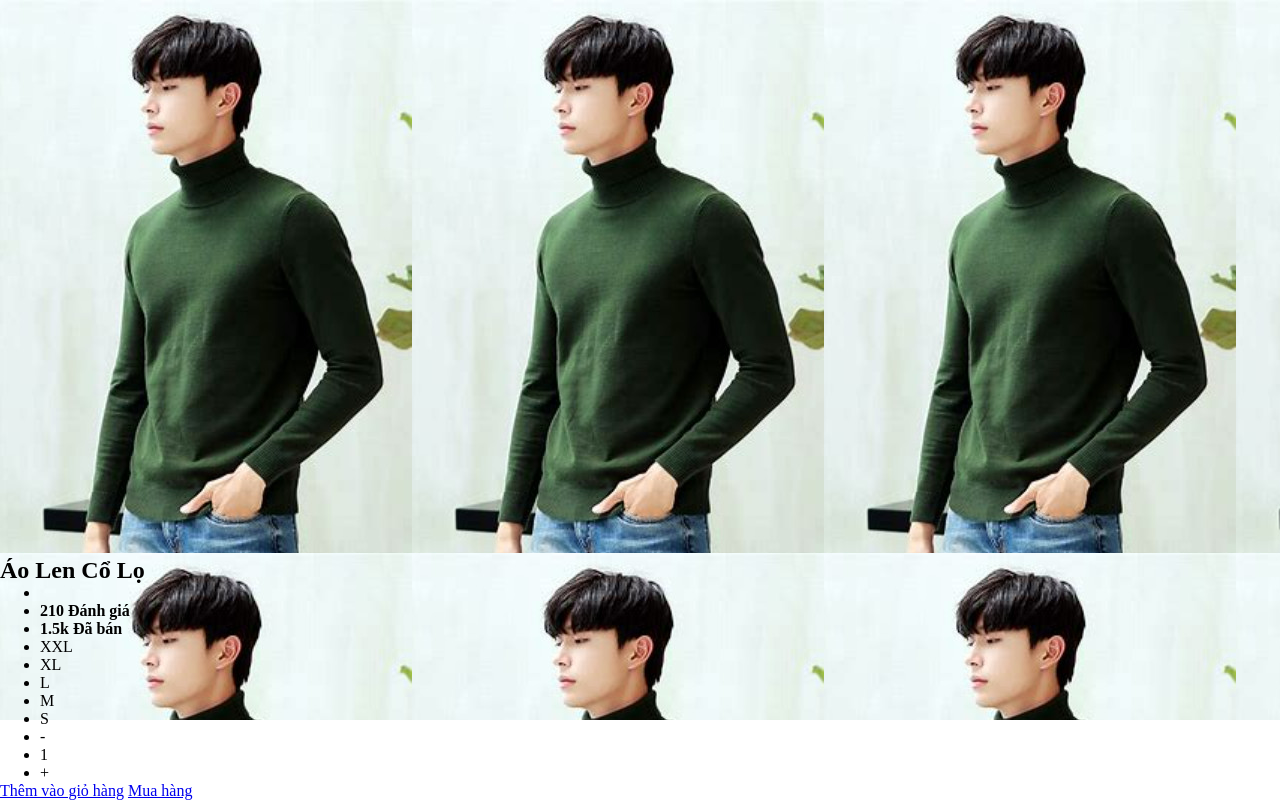
Repository: manhhieu120499/Project_ShopQuanAo
Page: html/chi_tiet_san_pham.html
These files come from the project's save history. The page is drawn as it stood at one moment and after the next save; the edit follows.
The browser window is 1280 px wide. The pictures show the whole page.

Above is the page before, as saved 2023-04-01 11:29:36.

After the next save:
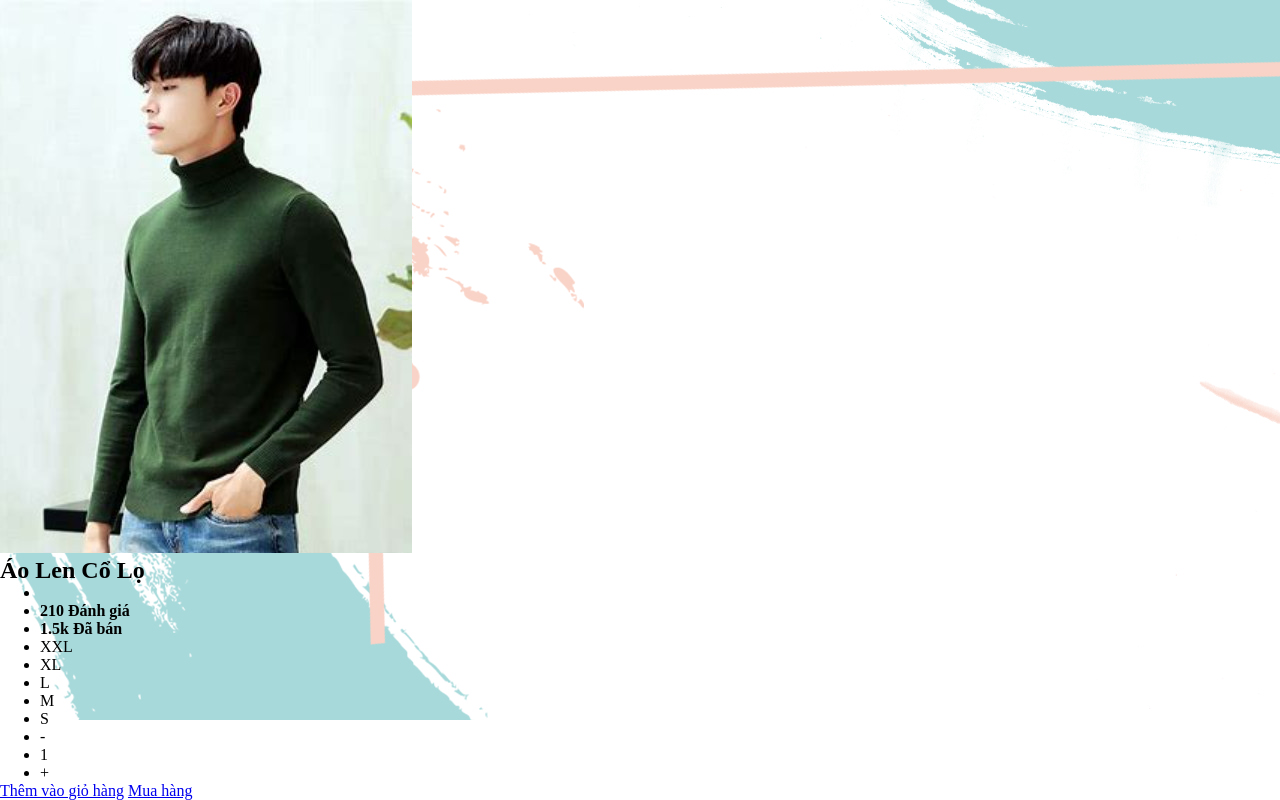
Saved 15 s later.
--- a/css/style_chitietsanpham.css
+++ b/css/style_chitietsanpham.css
@@ -4,7 +4,7 @@
 }
 
 .wrapper {
-    background-image: url(/image/image_chitietsanpham/43.jpg);
+    background-image: url(/image/image_chitietsanpham/background.jpg);
     width: 100%;
     height: 100vh;
 }
